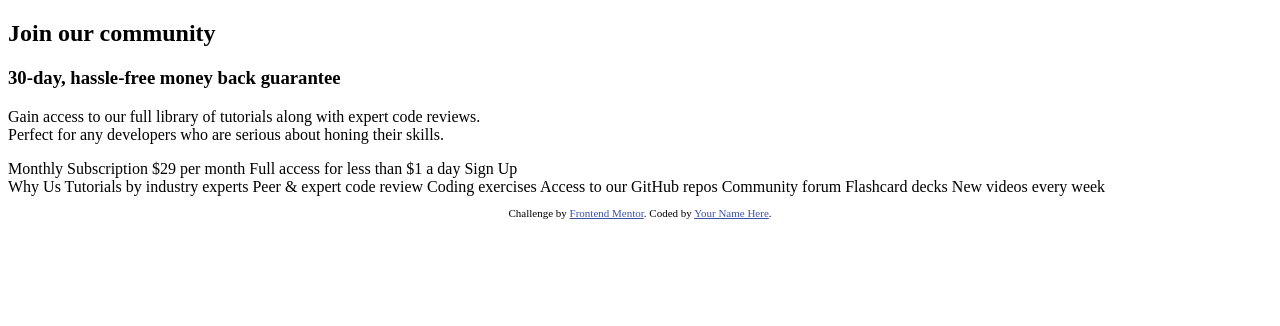
Repository: jminervino/PriceGridComponent
Page: index.html
An editor plug-in stored every save of this project. The page is shown before and after the next save, followed by the edit.
The browser window is 1280 px wide. The pictures show the whole page.

Above is the page before, as saved 2022-02-08 11:23:38.

### index.html
<!DOCTYPE html>
<html lang="en">
<head>
  <meta charset="UTF-8">
  <meta name="viewport" content="width=device-width, initial-scale=1.0"> <!-- displays site properly based on user's device -->

  <link rel="icon" type="image/png" sizes="32x32" href="./images/favicon-32x32.png">

  <title>Frontend Mentor | Single Price Grid Component</title>

  <!-- Feel free to remove these styles or customise in your own stylesheet 👍 -->
  <style>
    .attribution { font-size: 11px; text-align: center; }
    .attribution a { color: hsl(228, 45%, 44%); }
  </style>
</head>
<body>
    <section>
        <div class="container">
            <div>
                <h2>Join our community</h2>
                <h3>30-day, hassle-free money back guarantee</h3>

                <p>
                  Gain access to our full library of tutorials along with expert code reviews. <br>
                  Perfect for any developers who are serious about honing their skills.
                </p>
            </div>
            <div>
                Monthly Subscription

                &dollar;29 per month

                Full access for less than &dollar;1 a day

                Sign Up
            </div>
            Why Us

            Tutorials by industry experts
            Peer &amp; expert code review
            Coding exercises
            Access to our GitHub repos
            Community forum
            Flashcard decks
            New videos every week
        </div>
    </section>
  <footer>
    <p class="attribution">
      Challenge by <a href="https://www.frontendmentor.io?ref=challenge" target="_blank">Frontend Mentor</a>.
      Coded by <a href="#">Your Name Here</a>.
    </p>
  </footer>
</body>
</html>

After the next save:
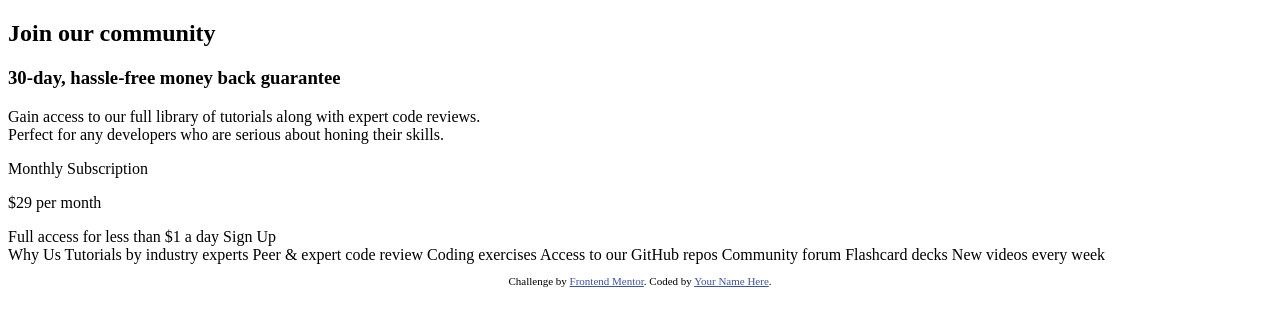
Saved 31 s later.
--- a/index.html
+++ b/index.html
@@ -29,7 +29,7 @@
             <div>
                 Monthly Subscription
 
-                &dollar;29 per month
+                <p><span>&dollar;29</span> per month</p>
 
                 Full access for less than &dollar;1 a day
 
